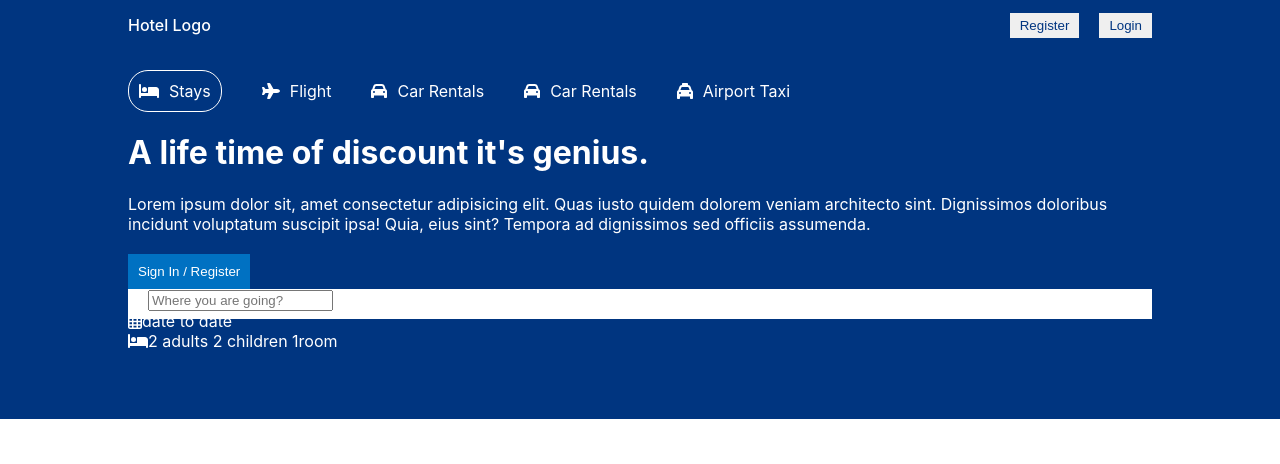
Repository: shikubro90/Booking-App
Page: /
An editor plug-in stored every save of this project. The page is shown before and after a run of saves, followed by the edit.
The browser window is 1280 px wide. The pictures show the whole page.
The project was rebuilt for these pictures with package versions that can differ from the ones it lists, and the page was loaded fresh each time. Also part of the build but not shown: src/App.css, src/pages/Hotels/Hotels.jsx. Imported but missing from the stored project, and not drawn on this page: src/pages/List/List.

Above is the page before, as saved 2022-06-29 00:22:04.

### src/App.js
import './App.css';
import {
  BrowserRouter,
  Routes,
  Route,
} from "react-router-dom";

import Home from './pages/Home/Home';
import List from './pages/List/List';
import Hotels from './pages/Hotels/Hotels';

function App() {
  return (
    <BrowserRouter>
      <Routes>
        <Route path='/' element={<Home/>}/>
        <Route path='hotels' element={<List/>}/>
        <Route path='hotels/:id' element={<Hotels/>}/>
      </Routes>
    </BrowserRouter>
  );
}

export default App;

### src/pages/Home/Home.jsx
import React from 'react';
import Header from '../../components/Header/Header';
import Navbar from '../../components/Navbar/Navbar';

const Home = () => {
    return (
        <div>
            <Navbar/>
            <Header/>
        </div>
    );
};

export default Home;

### src/components/Header/Header.jsx
import { faCalendarDays } from '@fortawesome/free-regular-svg-icons';
import { faBed, faCar, faPlane, faTaxi } from '@fortawesome/free-solid-svg-icons';
import { FontAwesomeIcon } from '@fortawesome/react-fontawesome';
import './Header.css';

const Header = () => {
    return (
        <div className="header">
            <div className="headerContainer">
                <div className="headerList">
                    <div className="headerListItem active">
                        <FontAwesomeIcon icon={faBed} />
                        <span>Stays</span>
                    </div>
                    <div className="headerListItem">
                        <FontAwesomeIcon icon={faPlane} />
                        <span>Flight</span>
                    </div>
                    <div className="headerListItem">
                        <FontAwesomeIcon icon={faCar} />
                        <span>Car Rentals</span>
                    </div>
                    <div className="headerListItem">
                        <FontAwesomeIcon icon={faCar} />
                        <span>Car Rentals</span>
                    </div>
                    <div className="headerListItem">
                        <FontAwesomeIcon icon={faTaxi} />
                        <span>Airport Taxi</span>
                    </div>
                </div>
                {/* End headerListing */}

                <h1 className="headerTitle">
                    A life time of discount it's genius.
                </h1>
                <div className="headerDescription">
                    Lorem ipsum dolor sit, amet consectetur adipisicing elit. Quas iusto quidem dolorem veniam architecto sint. Dignissimos doloribus incidunt voluptatum suscipit ipsa! Quia, eius sint? Tempora ad dignissimos sed officiis assumenda.
                </div>
                <button className='headerButton'>Sign In / Register</button>

                <div className="headerSearch">
                    <div className="headerSearchItem">
                        <FontAwesomeIcon icon={faBed} className="headerIcon" />
                        <input type="text" placeholder='Where you are going?' className='headerSearchInput' />
                    </div>
                    {/* headerSearchItem */}
                    <div className="headerSearchItem">
                        <FontAwesomeIcon icon={faCalendarDays} className="headerIcon" />
                        <span className='headerSearchText'>date to date</span>
                    </div>
                    {/* headerSearchItem */}
                    <div className="headerSearchItem">
                        <FontAwesomeIcon icon={faBed} className="headerIcon" />
                        <span className='headerSearchText'>2 adults 2 children 1room </span>
                    </div>
                    {/* headerSearchItem */}
                </div>
                {/* HeaderSearch */}

            </div>
            {/* End headerContainer */}
        </div>
        // End header
    );
};

export default Header;

### src/components/Navbar/Navbar.jsx
import  './Navbar.css';

const Navbar = () => {
    return (
        <div className='navbar'>
            <div className="navContainer">
                <span className="logo">
                    Hotel Logo
                </span>
                {/* End Logo */}

                <div className="navItems">
                    <button className='navButton'>Register</button>
                    <button className='navButton'>Login</button>
                </div>
            </div>
            {/* End navContainer */}
        </div>
        // End Navbar
    );
};

export default Navbar;

### src/components/Header/Header.css
.header{
    background: #003580;
    color: white;
    display: flex;
    justify-content: center;
}

.headerContainer{
    width: 100%;
    max-width: 1024px;
    margin: 20px 0 100px 0;
}

.headerList{
    display: flex;
    gap: 40px;
    margin-bottom: 20px;
}

.headerListItem{
    display: flex;
    align-items: center;
    gap: 10px;
}

.headerListItem.active{
    border: 1px solid white;
    padding: 10px;
    border-radius: 20px;
}

.headerDescription{
    margin: 20px 0px;
}

.headerButton{
    background: #0071c2;
    color: white;
    border: none;
    padding: 10px;
}

.headerSearch{
    background: white;
    height: 30px;
    border: ;
}

### src/components/Navbar/Navbar.css
.navbar{
    height: 50px;
    background-color: #003580;
    display: flex;
    justify-content: center;
}

.navContainer{
    width: 100%;
    max-width: 1024px;
    color: white;
    display: flex;
    align-items: center;
    justify-content: space-between;
}

.logo{
    font-weight: 500;
}

.navButton{
    margin-left: 20px;
    border: none;
    padding: 5px 10px;
    color: #003580;
    cursor: pointer;
}

Loaded but not shown: public/index.html (common file); src/index.js (common file); src/index.css (common file); src/reportWebVitals.js (common file)

After the next 7 saves:
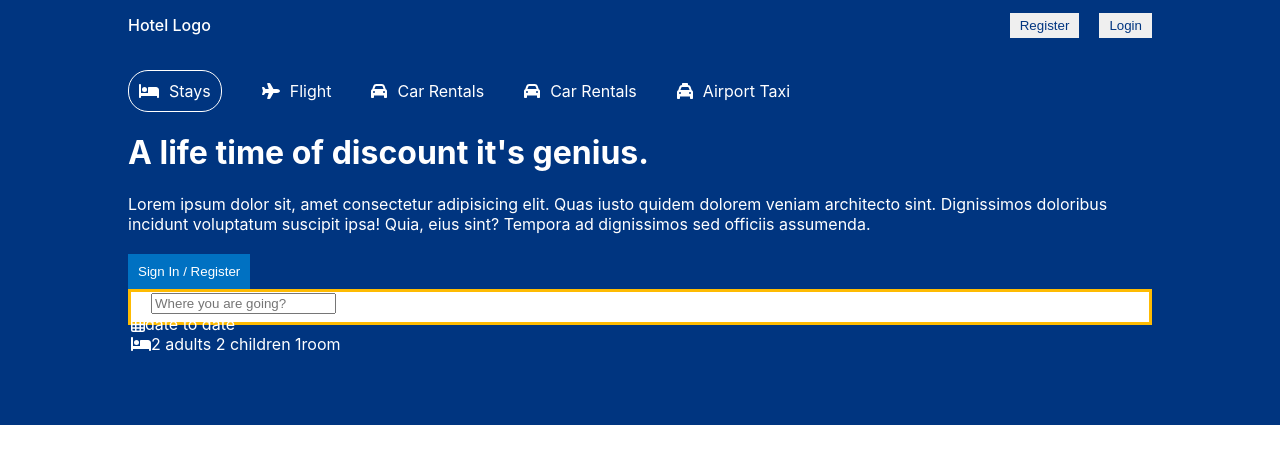
The 7 saves are shown as one change because they came seconds apart.
The last was saved 15 s later.
--- a/src/components/Header/Header.css
+++ b/src/components/Header/Header.css
@@ -43,5 +43,5 @@
 .headerSearch{
     background: white;
     height: 30px;
-    border: ;
+    border: 3px solid #febb02;
 }
